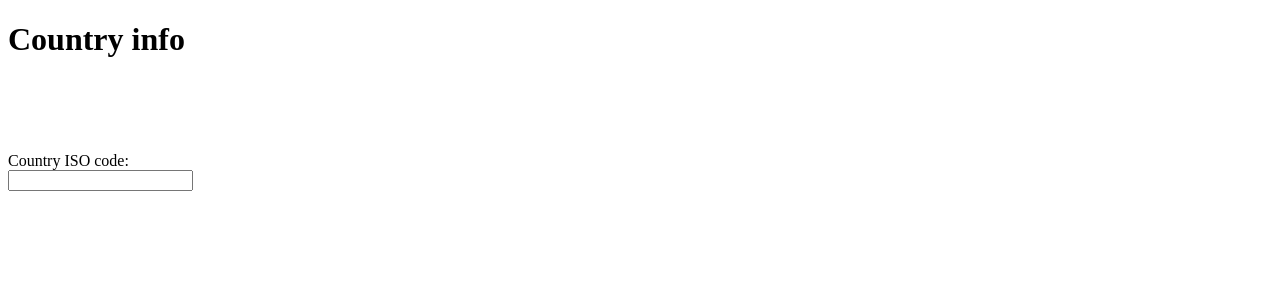
Repository: ObradovicNikola/pmf-rzk-part2
Page: http://localhost/CountryInfoWEB/
These files come from the project's save history. The page is drawn as it stood at one moment and after a run of saves; the edit follows.
The browser window is 1280 px wide. The pictures show the whole page.
The page is served by Tomcat 9. Other server files are loaded and not shown.

Above is the page before, as saved 2022-12-12 20:30:14.

### CountryInfoWEB/src/main/webapp/index.jsp
<%@ page language="java" contentType="text/html; charset=UTF-8"
    pageEncoding="UTF-8"%>
<%@ taglib prefix = "c" uri = "http://java.sun.com/jsp/jstl/core" %>
<!DOCTYPE html>
<html>
<head>
<meta charset="UTF-8">
<title>Country info</title>
</head>
<body>

	<h1>Country info</h1>

	<br />
	<br />
	<c:if test="${ !empty msg }">
            ${ msg }
    </c:if>
	<br />
	<br />

	<form action="CountryInfoServlet">
		<label>Country ISO code: </label>
		<br />
		<input type="text" name="isoCode" />
		<br />
	</form>


	<br />


</body>
</html>

After the next 2 saves:
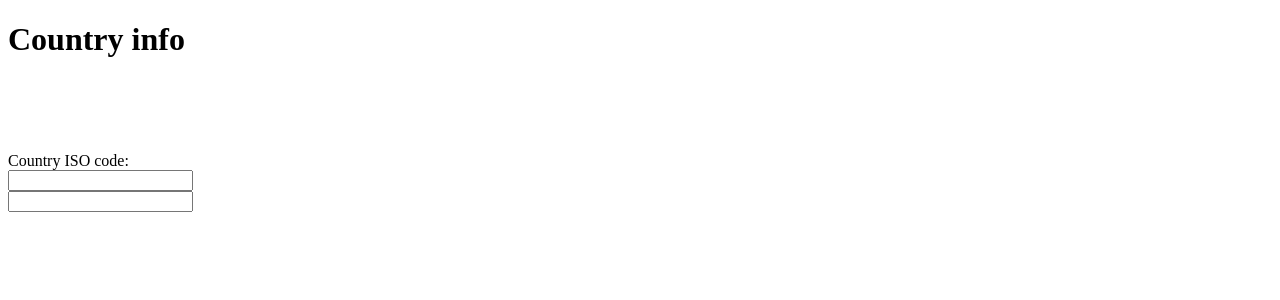
The 2 saves are shown as one change because they came seconds apart.
The last was saved 19 s later.
--- a/CountryInfoWEB/src/main/webapp/index.jsp
+++ b/CountryInfoWEB/src/main/webapp/index.jsp
@@ -24,6 +24,7 @@
 		<br />
 		<input type="text" name="isoCode" />
 		<br />
+		<input type=""
 	</form>
 
 
